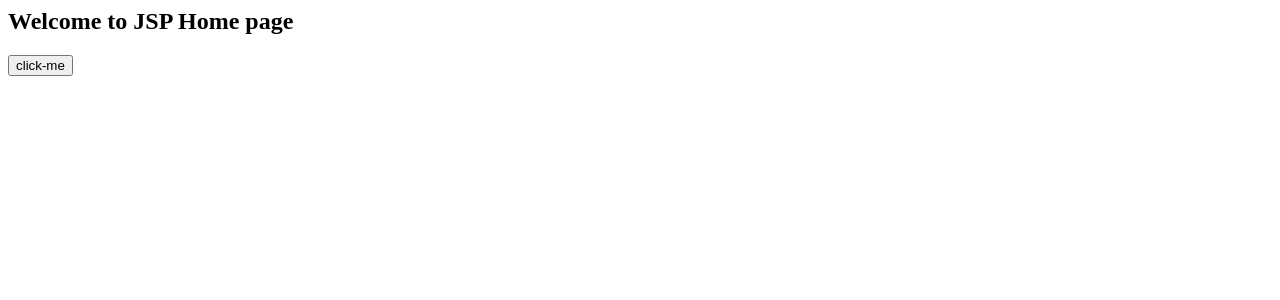
Repository: LUKKAROSHINI/Enterprise-Programming
Page: http://localhost/JspDemo/
An editor plug-in stored every save of this project. The page is shown before and after the next save, followed by the edit.
The browser window is 1280 px wide. The pictures show the whole page.
The page is served by Tomcat 9.

Above is the page before, as saved 2024-06-17 09:15:21.

After the next save:
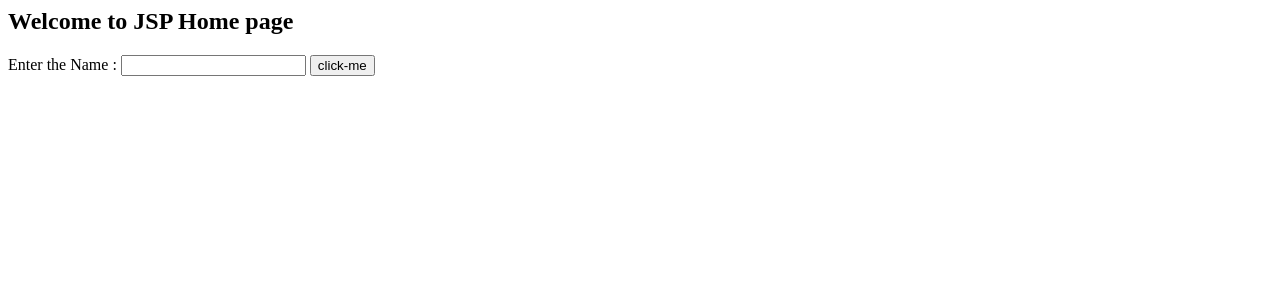
Saved 1 s later.
--- a/JspDemo/src/main/webapp/index.jsp
+++ b/JspDemo/src/main/webapp/index.jsp
@@ -2,6 +2,7 @@
 <body>
 <h2>Welcome to JSP Home page</h2>
 <form action "hello.jsp">
+Enter the Name : <input type="text" name=str>
 <input type = "submit" value="click-me">
 
 </form>
